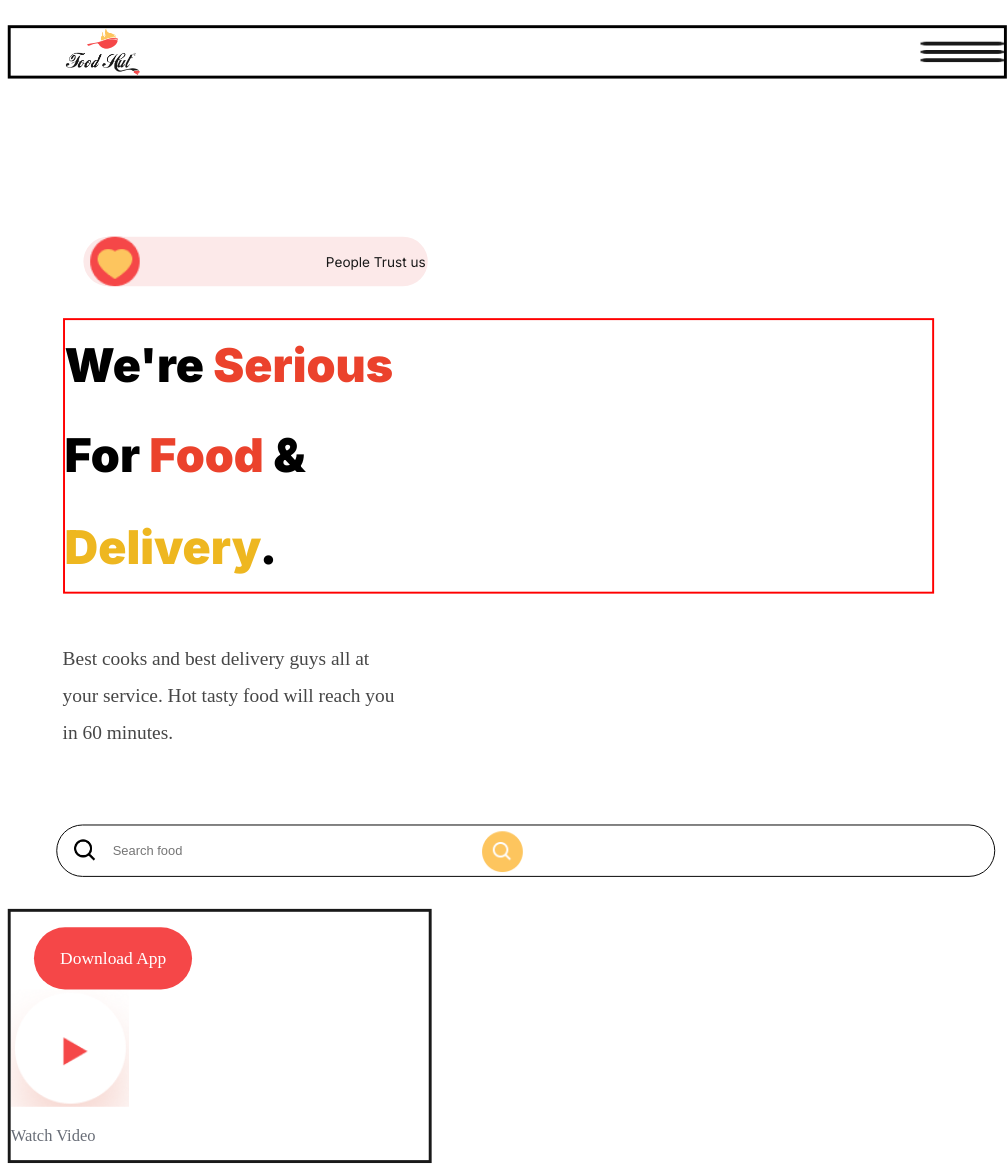
Repository: ReyhanehRahmani/Food-Hut
Page: FoodHut.html
An editor plug-in stored every save of this project. The page is shown before and after the next save, followed by the edit.
The browser window is 1024 px wide. The page is 1038 px wide, so the pictures cover 1038 px, including what lies to the right of the window. The pictures show the whole page, at 97% of full size.
Some web fonts or font styles are not loaded; a fallback is used.

Above is the page before, as saved 2025-05-28 23:46:10.

After the next save:
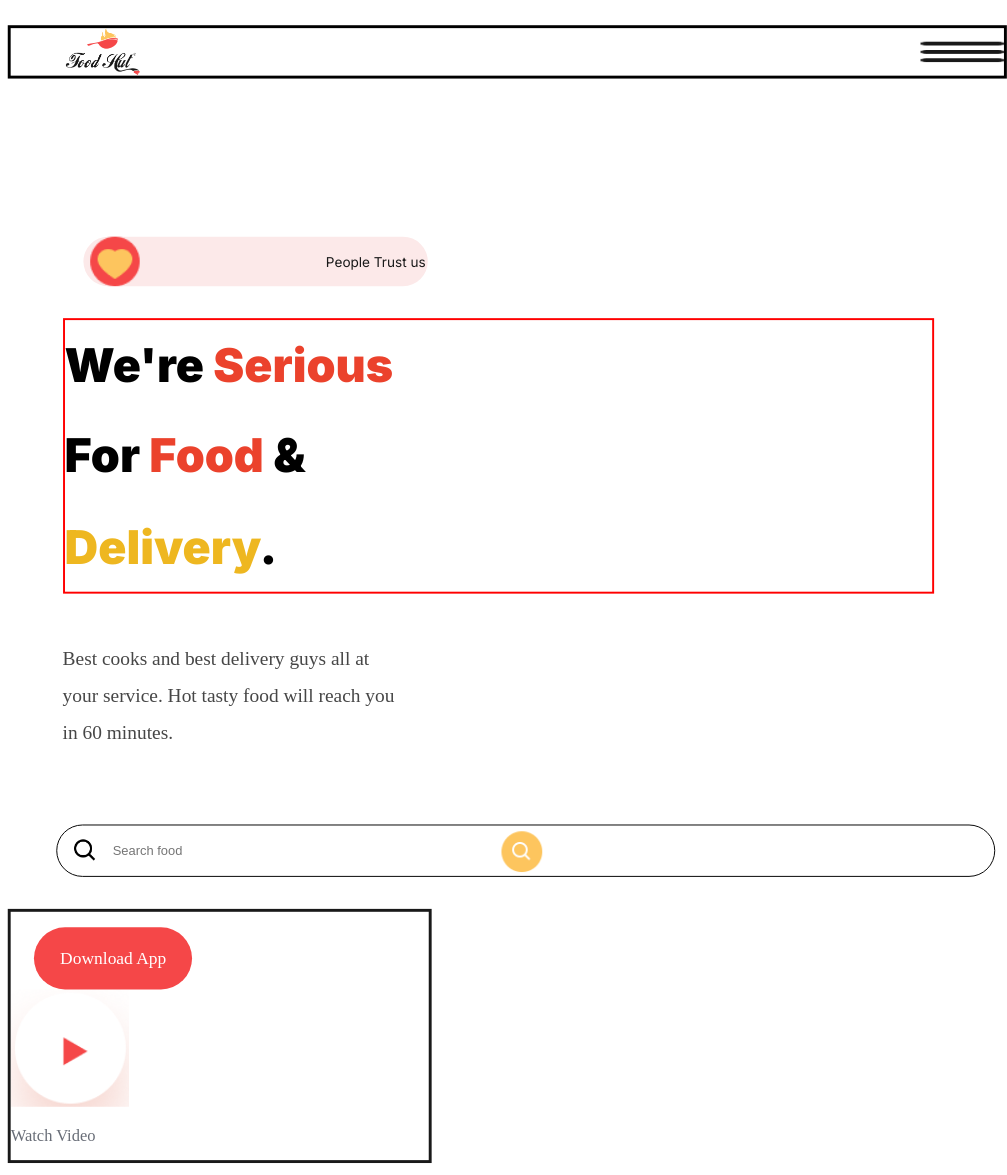
Saved 5 s later.
--- a/FoodHut.css
+++ b/FoodHut.css
@@ -151,7 +151,7 @@ body {
 .searchbox .butbut{
     border: 0px;
     background-color: rgba(127, 255, 212, 0);
-    margin-left: 20.324840764%;
+    margin-left: 22.324840764%;
 }
 
 #zarebin{
